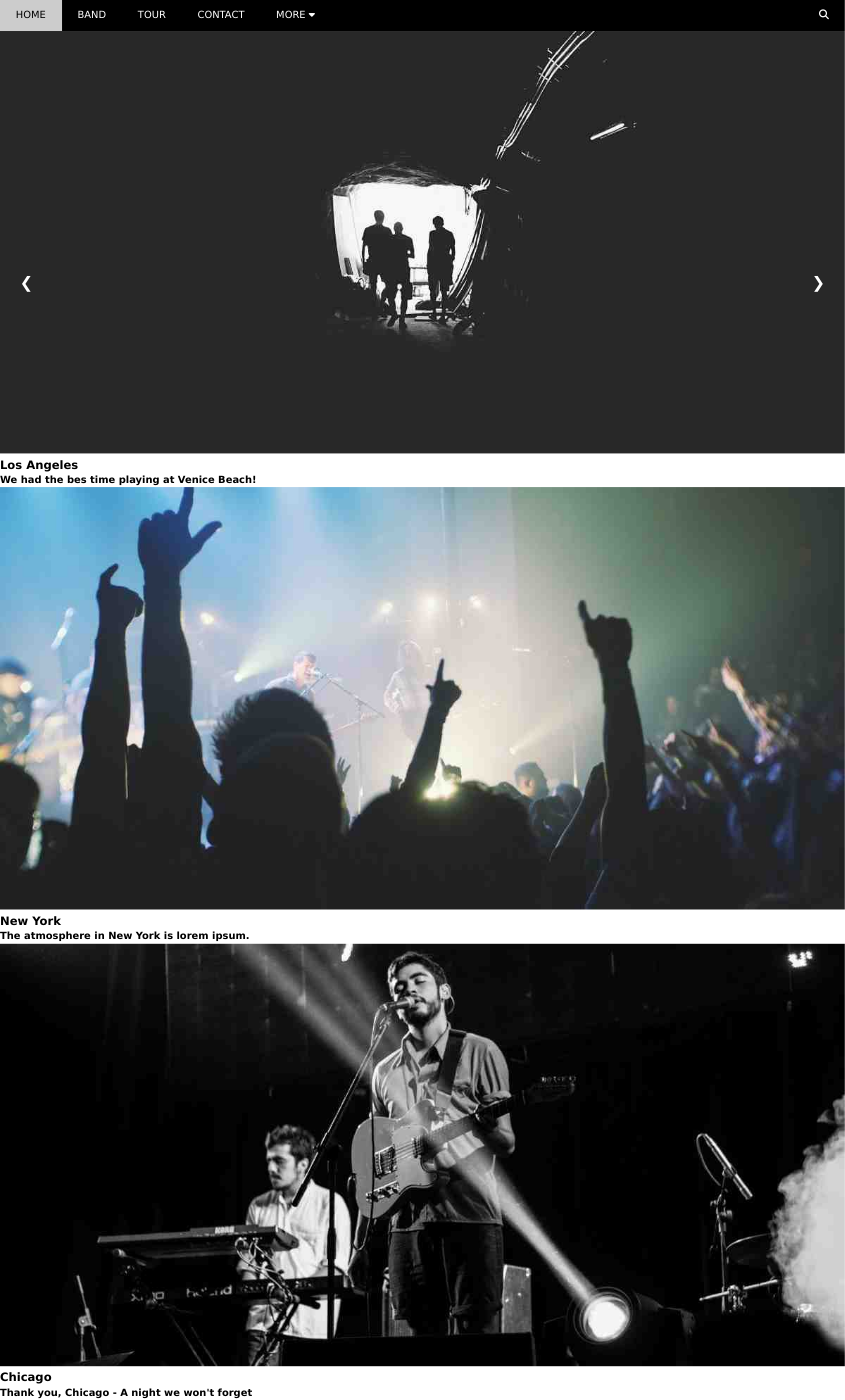
Repository: tam1512/The-Band
Page: index.html
An editor plug-in stored every save of this project. The page is shown before and after the next save, followed by the edit.
The browser window is 1280 px wide. The pictures show the whole page, at 66% of full size.
Some web libraries are served in a nearby version.

Above is the page before, as saved 2022-07-21 12:07:27.

After the next save:
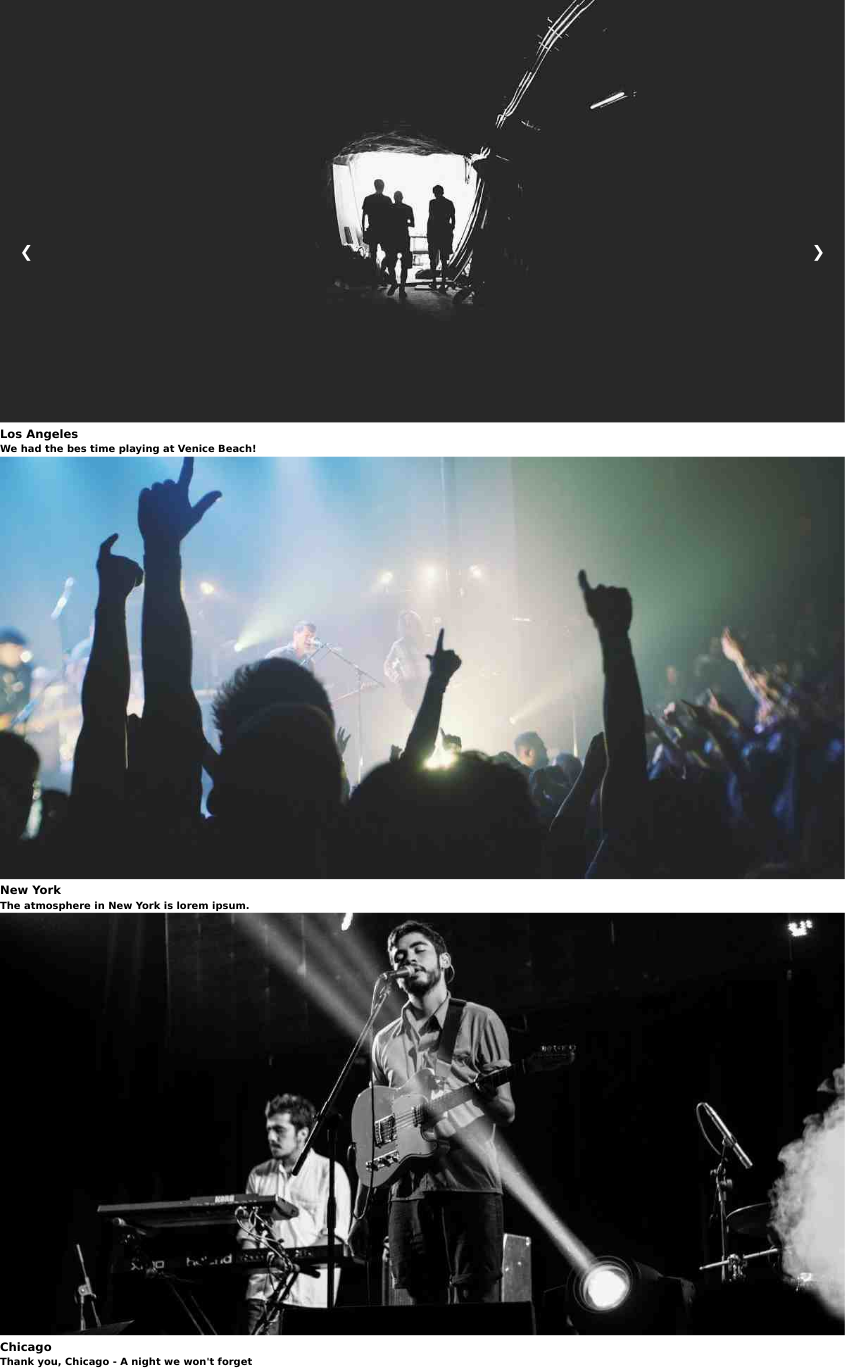
Saved 43 s later.
--- a/assets/css/style.css
+++ b/assets/css/style.css
@@ -20,6 +20,8 @@ body {
 .header {
   /* height: 47px;
   background-color: #000; */
+  position: fixed;
+  top: 0;
 }
 
 #nav {
